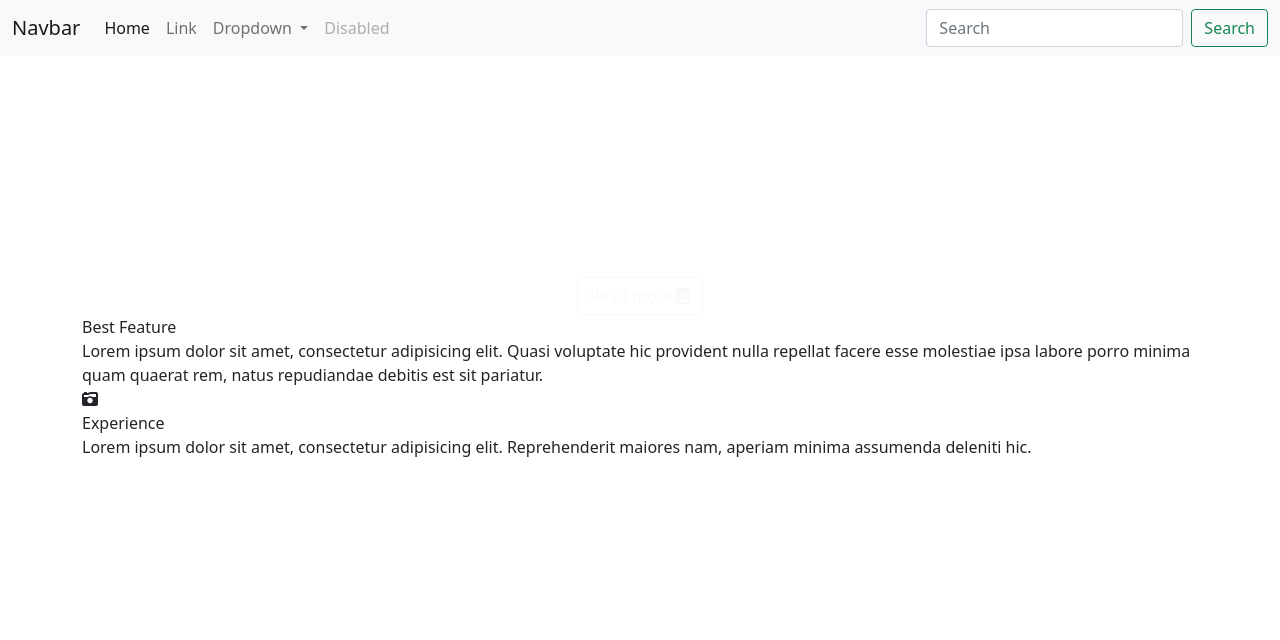
Repository: nptg3105/lab04-landing-page-boostrap5
Page: index.html
The author's editor kept a copy of each file at every save. The page is drawn from the files as they stood at one save, then again after the next save.
The browser window is 1280 px wide. The pictures show the whole page.

Above is the page before, as saved 2021-12-19 10:02:55.

### index.html
<!DOCTYPE html>
<html lang="en">
  <head>
    <meta charset="UTF-8" />
    <meta http-equiv="X-UA-Compatible" content="IE=edge" />
    <meta name="viewport" content="width=device-width, initial-scale=1.0" />
    <title>lab04-Landing-Page-Boostrap</title>
    <link
      href="https://cdn.jsdelivr.net/npm/bootstrap@5.1.3/dist/css/bootstrap.min.css"
      rel="stylesheet"
      integrity="sha384-1BmE4kWBq78iYhFldvKuhfTAU6auU8tT94WrHftjDbrCEXSU1oBoqyl2QvZ6jIW3"
      crossorigin="anonymous"
    />
    <link rel="stylesheet" href="https://cdnjs.cloudflare.com/ajax/libs/font-awesome/6.0.0-beta3/css/all.min.css" integrity="sha512-Fo3rlrZj/k7ujTnHg4CGR2D7kSs0v4LLanw2qksYuRlEzO+tcaEPQogQ0KaoGN26/zrn20ImR1DfuLWnOo7aBA==" crossorigin="anonymous" referrerpolicy="no-referrer" />
    <link rel="stylesheet" href="dist/index.css" />
  </head>
  <body>
    <header>
      <nav class="navbar navbar-expand-lg navbar-light bg-light">
        <div class="container-fluid">
          <a class="navbar-brand" href="#">Navbar</a>
          <button
            class="navbar-toggler"
            type="button"
            data-bs-toggle="collapse"
            data-bs-target="#navbarSupportedContent"
            aria-controls="navbarSupportedContent"
            aria-expanded="false"
            aria-label="Toggle navigation"
          >
            <span class="navbar-toggler-icon"></span>
          </button>
          <div class="collapse navbar-collapse" id="navbarSupportedContent">
            <ul class="navbar-nav me-auto mb-2 mb-lg-0">
              <li class="nav-item">
                <a class="nav-link active" aria-current="page" href="#">Home</a>
              </li>
              <li class="nav-item">
                <a class="nav-link" href="#">Link</a>
              </li>
              <li class="nav-item dropdown">
                <a
                  class="nav-link dropdown-toggle"
                  href="#"
                  id="navbarDropdown"
                  role="button"
                  data-bs-toggle="dropdown"
                  aria-expanded="false"
                >
                  Dropdown
                </a>
                <ul class="dropdown-menu" aria-labelledby="navbarDropdown">
                  <li><a class="dropdown-item" href="#">Action</a></li>
                  <li><a class="dropdown-item" href="#">Another action</a></li>
                  <li><hr class="dropdown-divider" /></li>
                  <li>
                    <a class="dropdown-item" href="#">Something else here</a>
                  </li>
                </ul>
              </li>
              <li class="nav-item">
                <a class="nav-link disabled">Disabled</a>
              </li>
            </ul>
            <form class="d-flex">
              <input
                class="form-control me-2"
                type="search"
                placeholder="Search"
                aria-label="Search"
              />
              <button class="btn btn-outline-success" type="submit">
                Search
              </button>
            </form>
          </div>
        </div>
      </nav>
      <div class="hero">
       <div class="container-fluid d-flex align-items-center justify-content-center h-100">
         <div class="row d-flex justify-content-center text-center">
           <div class="col-md-10">
            <h2 class="text-white display-4 fw-bold pt-5 mb-2">Travel</h2>
            <h4 class="text-white my-4">Lorem ipsum dolor sit amet, consectetur adipisicing elit. Deleniti consequuntur.</h4>
            <button class="btn btn-outline-light">Read more <i class="fa fa-book"></i></button>
           </div>
         </div>
       </div>
      </div>
      <div class="feature">
        <div class="container">
          <div class="feature__heading">Best Feature</div>
          <div class="feature__detail">Lorem ipsum dolor sit amet, consectetur adipisicing elit. Quasi voluptate hic provident nulla repellat facere esse molestiae ipsa labore porro minima quam quaerat rem, natus repudiandae debitis est sit pariatur.</div>
          <div class="feature__list">
            <div class="feature__item">
              <div class="feature__icon"><i class="fas fa-camera-retro"></i></div>
              <div class="feature__title">Experience</div>
              <div class="feature__desc">Lorem ipsum dolor sit amet, consectetur adipisicing elit. Reprehenderit maiores nam, aperiam minima assumenda deleniti hic.</div>
            </div>
          </div>
        </div>

      </div>
    </header>

    </p>

    <script
      src="https://cdn.jsdelivr.net/npm/bootstrap@5.1.3/dist/js/bootstrap.bundle.min.js"
      integrity="sha384-ka7Sk0Gln4gmtz2MlQnikT1wXgYsOg+OMhuP+IlRH9sENBO0LRn5q+8nbTov4+1p"
      crossorigin="anonymous"
    ></script>
  </body>
</html>

### dist/index.css
* {
  box-sizing: border-box;
  margin: 0;
  padding: 0;
}
body {
  line-height: 1.5;
}
:root {
  --color-bg: #ecf2f8;
  --color-white: #fff;
  --color-violet: #7541c8;
  --color-light-grey: #cfcfcf;
  --color-dark-grey: #19212e;
  --color-grey: #48556a;
}
.hero {
  background: url(https://mdbootstrap.com/img/Photos/Horizontal/Nature/full%20page/img%20(
        3
      ).jpg)
    no-repeat 50% fixed;
}
/*# sourceMappingURL=index.css.map */

After the next save:
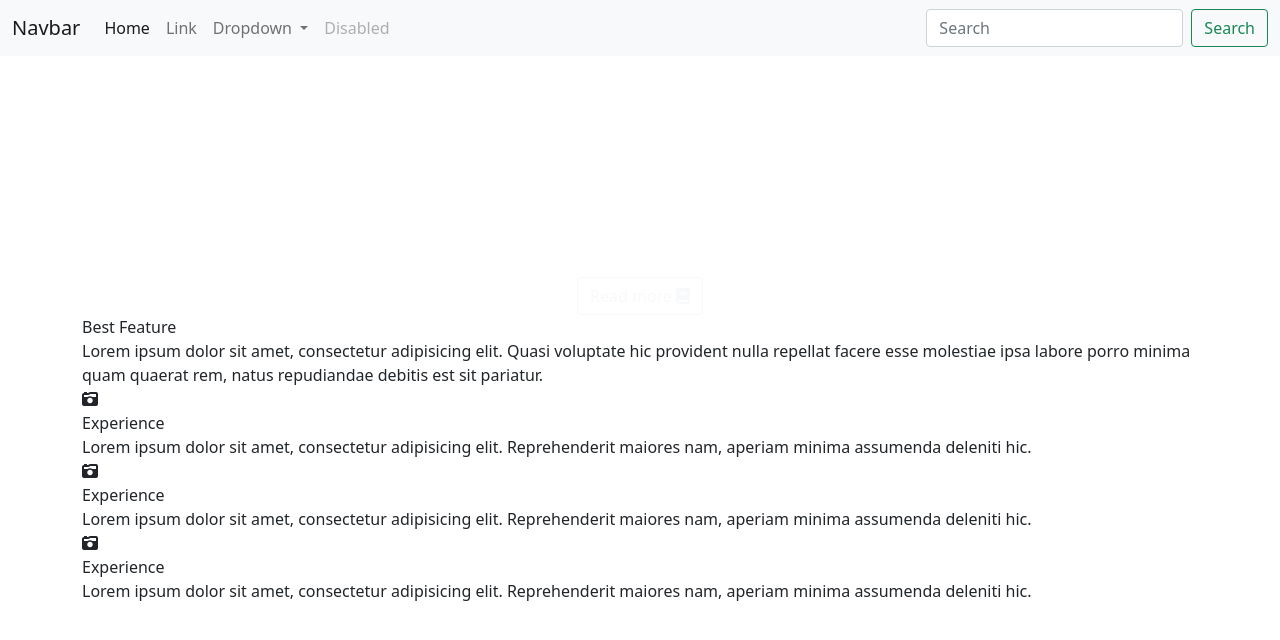
Saved 94 s later.
--- a/index.html
+++ b/index.html
@@ -97,6 +97,16 @@
               <div class="feature__title">Experience</div>
               <div class="feature__desc">Lorem ipsum dolor sit amet, consectetur adipisicing elit. Reprehenderit maiores nam, aperiam minima assumenda deleniti hic.</div>
             </div>
+            <div class="feature__item">
+              <div class="feature__icon"><i class="fas fa-camera-retro"></i></div>
+              <div class="feature__title">Experience</div>
+              <div class="feature__desc">Lorem ipsum dolor sit amet, consectetur adipisicing elit. Reprehenderit maiores nam, aperiam minima assumenda deleniti hic.</div>
+            </div>
+            <div class="feature__item">
+              <div class="feature__icon"><i class="fas fa-camera-retro"></i></div>
+              <div class="feature__title">Experience</div>
+              <div class="feature__desc">Lorem ipsum dolor sit amet, consectetur adipisicing elit. Reprehenderit maiores nam, aperiam minima assumenda deleniti hic.</div>
+            </div>
           </div>
         </div>
 
